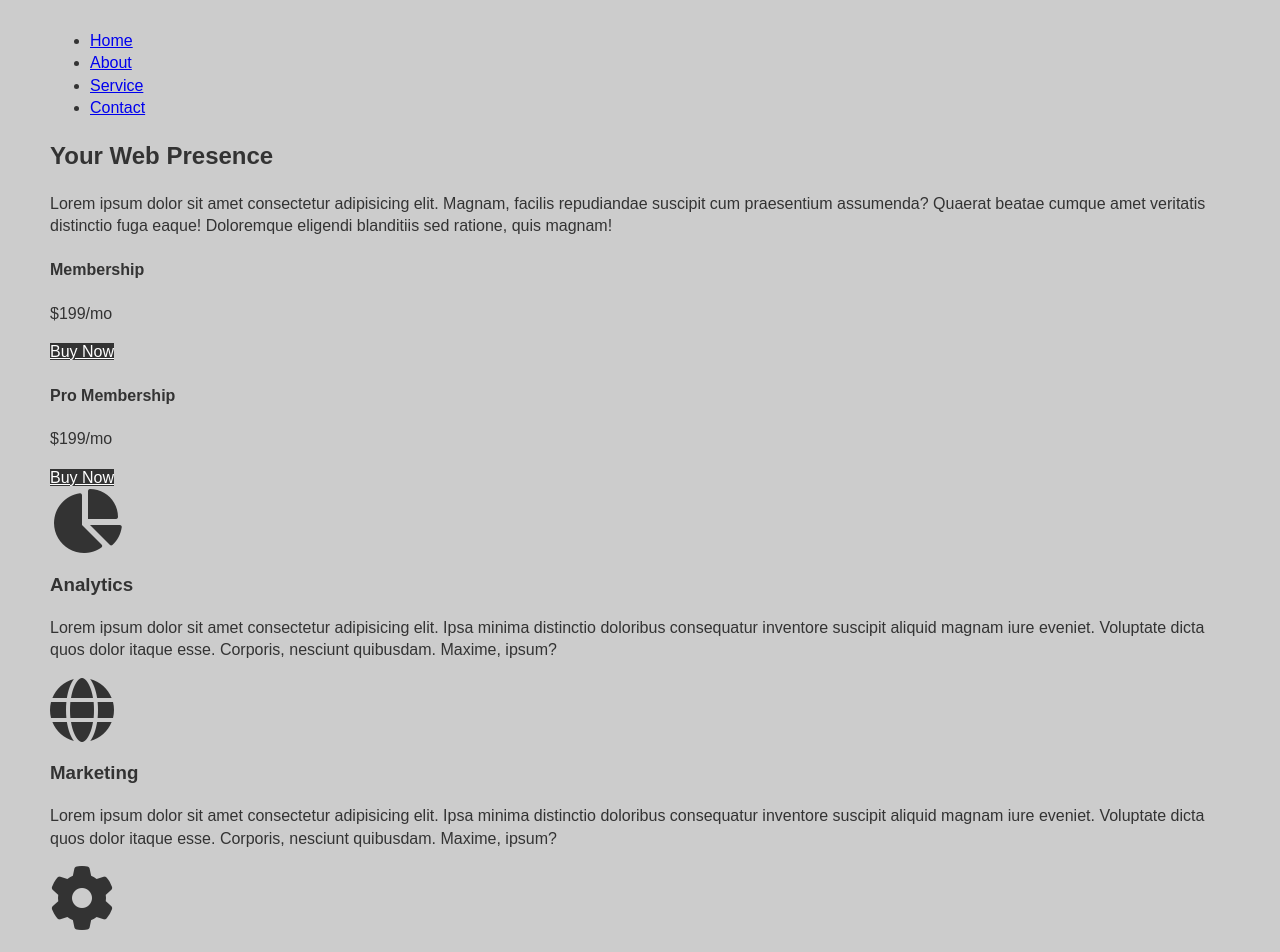
Repository: 1813404040072/grid-demo
Page: index.html
An editor plug-in stored every save of this project. The page is shown before and after a run of saves, followed by the edit.
The browser window is 1280 px wide. The pictures show the part of the page from y = 0 to 952 px (the page is 2133 px tall before and 2171 px after).
Some web libraries are served in a nearby version.

Above is the page before, as saved 2019-12-24 23:11:12.

### index.html
<!DOCTYPE html>
<html lang="en">
<head>
    <meta charset="UTF-8">
    <meta name="viewport" content="width=device-width, initial-scale=1.0">
    <meta http-equiv="X-UA-Compatible" content="ie=edge">
    <title>GridBiz</title>
    <script src="https://kit.fontawesome.com/a076d05399.js"></script>
    <link rel="stylesheet" href="style.css"/>
</head>
<body>
    <div class="wrapper">
        <!-- Navigation -->
        <nav class="main-nav">
            <ul>
                <li><a href="#">Home</a></li>
                <li><a href="#">About</a></li>
                <li><a href="#">Service</a></li>
                <li><a href="#">Contact</a></li>
            </ul>
        </nav>
        <!-- Top container -->
        <section class="top-container">
            <header class="showcase">
                <h1>Your Web Presence</h1>
                <p>Lorem ipsum dolor sit amet consectetur adipisicing elit. Magnam, facilis repudiandae suscipit cum praesentium assumenda? Quaerat beatae cumque amet veritatis distinctio fuga eaque! Doloremque eligendi blanditiis sed ratione, quis magnam!</p>
                <a href="#" class="btn"></a>
            </header>
            <div class="top-box top-box-a">
                <h4>Membership</h4>
                <p class="price">$199/mo</p>
                <a href="#"class="btn">Buy Now</a>
            </div>
            <div class="top-box top-box-a">
                <h4>Pro Membership</h4>
                <p class="price">$199/mo</p>
                <a href="#"class="btn">Buy Now</a>
            </div>
        </section>

        <!-- Boxes Section -->
        <section class="boxes">
            <div class="box">
                <i class="fas fa-chart-pie fa-4x"></i>
                <h3>Analytics</h3>
                <p>
                    Lorem ipsum dolor sit amet consectetur adipisicing elit. Ipsa minima distinctio doloribus consequatur inventore suscipit aliquid magnam iure eveniet. Voluptate dicta quos dolor itaque esse. Corporis, nesciunt quibusdam. Maxime, ipsum?
                </p>
            </div>
            <div class="box">
                <i class="fas fa-globe fa-4x"></i>
                <h3>Marketing</h3>
                <p>
                    Lorem ipsum dolor sit amet consectetur adipisicing elit. Ipsa minima distinctio doloribus consequatur inventore suscipit aliquid magnam iure eveniet. Voluptate dicta quos dolor itaque esse. Corporis, nesciunt quibusdam. Maxime, ipsum?
                </p>
            </div>
            <div class="box">
                <i class="fas fa-cog fa-4x"></i>
                <h3>Development</h3>
                <p>
                    Lorem ipsum dolor sit amet consectetur adipisicing elit. Ipsa minima distinctio doloribus consequatur inventore suscipit aliquid magnam iure eveniet. Voluptate dicta quos dolor itaque esse. Corporis, nesciunt quibusdam. Maxime, ipsum?
                </p>
            </div>
            <div class="box">
                <i class="fas fa-user fa-4x"></i>
                <h3>Support</h3>
                <p>
                    Lorem ipsum dolor sit amet consectetur adipisicing elit. Ipsa minima distinctio doloribus consequatur inventore suscipit aliquid magnam iure eveniet. Voluptate dicta quos dolor itaque esse. Corporis, nesciunt quibusdam. Maxime, ipsum?
                </p>
            </div>
        </section>
        <!-- Info Section -->
        <section class="info">
            <img src="img/pic1.jpg" alt="">
            <h2>Your Bussiness on the web</h2>
            <p>Lorem ipsum dolor, sit amet consectetur adipisicing elit. Nulla dolore ipsum hic maxime laboriosam accusantium quisquam blanditiis ipsa incidunt possimus! Id distinctio optio vitae consequuntur iste mollitia esse nisi eius?</p>
            <a href="#" class="btn">Learn More</a>
        </section>


        <!-- Portfolio -->
        <section class="portfolio">
            <img src="https://source.unsplash.com/random/200x200" alt="">
            <img src="https://source.unsplash.com/random/200x200" alt="">
            <img src="https://source.unsplash.com/random/200x200" alt="">
            <img src="https://source.unsplash.com/random/200x200" alt="">
            <img src="https://source.unsplash.com/random/200x200" alt="">
            <img src="https://source.unsplash.com/random/200x200" alt="">
            <img src="https://source.unsplash.com/random/200x200" alt="">
            <img src="https://source.unsplash.com/random/200x200" alt="">
            <img src="https://source.unsplash.com/random/200x200" alt="">
        </section>

        <!-- Footer -->
        <footer>
            <p>GridBiz &copy; 2019</p>
        </footer>

    </div>
    <!-- wrapper Ends -->

</body>
</html>

### style.css
/* CSS Variables */
:root {
    --primary: #ddd;
    --dark: #333;
    --light: #fff;
    --shadow: 0 1px 5px rgba(104, 104, 104, 0.8);
}

html{
    box-sizing: border-box;
    font-family: Arial, Helvetica, sans-serif;
    color: var(--dark);
}

body {
    background: #ccc;
    margin: 30px 50px;
    line-height: 1.4;
}

.btn {
    background-color: var(--dark);
    color: var(--light);
    padding:
}

After the next 2 saves:
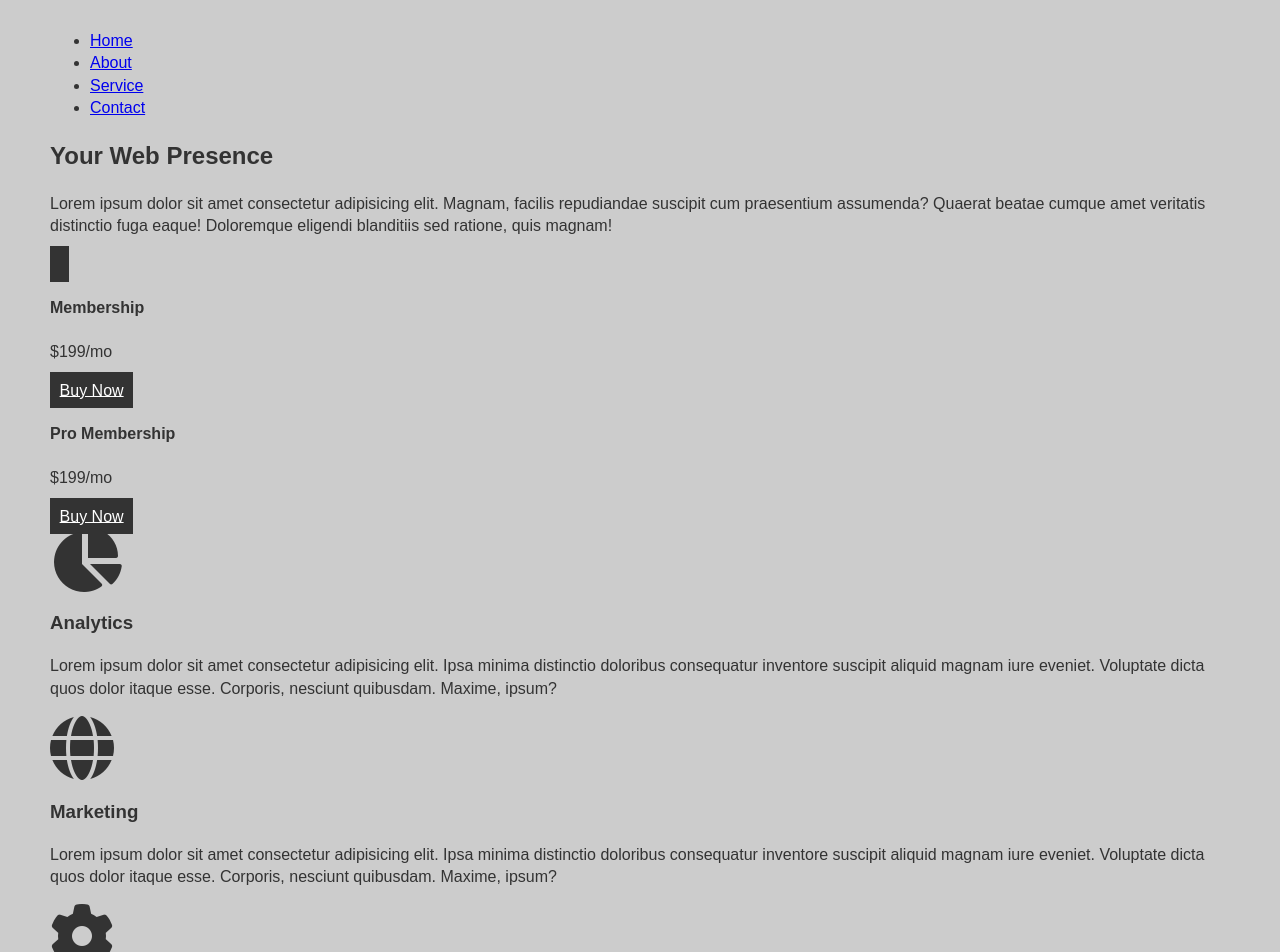
The 2 saves are shown as one change because they came seconds apart.
The last was saved 5 s later.
--- a/style.css
+++ b/style.css
@@ -21,5 +21,5 @@
 .btn {
     background-color: var(--dark);
     color: var(--light);
-    padding:
+    padding: 0.6rem
 }
